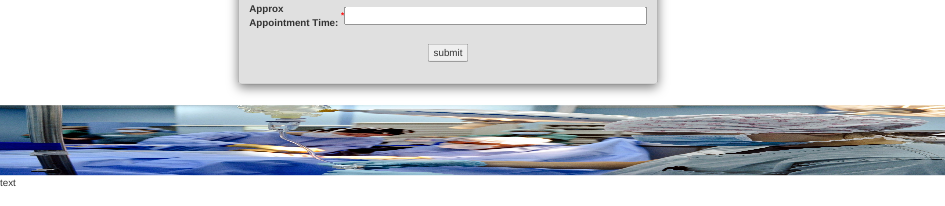
Repository: shiveshk/PullData
Page: http://localhost/Hams/appointment.jsp
An editor plug-in stored every save of this project. The page is shown before and after the next save, followed by the edit.
The browser window is 1280 px wide. The page is 1350 px wide, so the pictures cover 1350 px, including what lies to the right of the window. The pictures show the part of the page from y = 426 to 2266 px (the page is 720 px tall before and 3456 px after), at 70% of full size.
The page is served by Tomcat 9. Nobody is signed in. The application's start-up code is not run.

Above is the page before, as saved 2015-11-06 13:03:39.
Console error (its wording comes from the project's code and is left out).

After the next save:
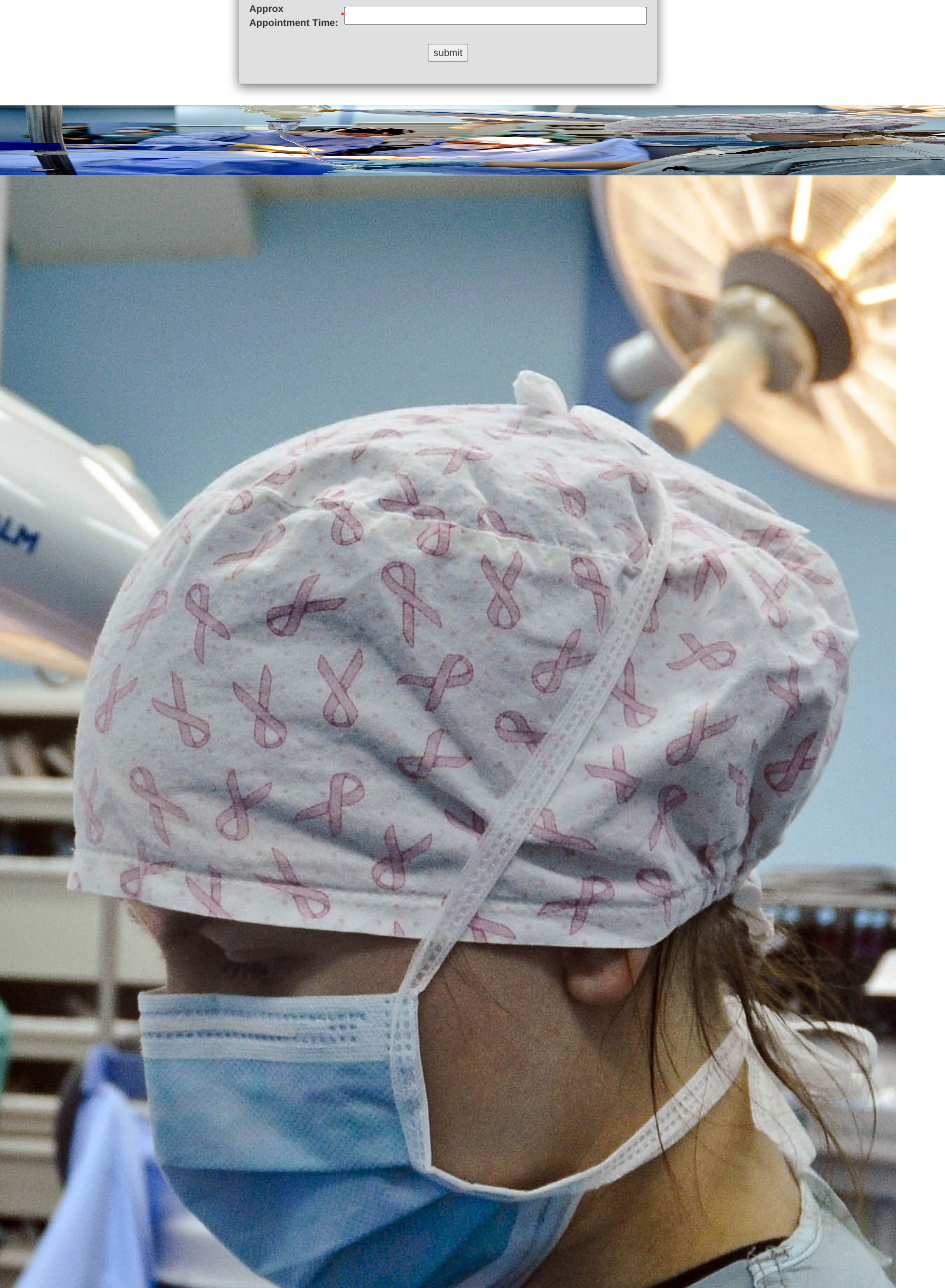
Saved 20 s later.
--- a/Hams/WebContent/appointment.jsp
+++ b/Hams/WebContent/appointment.jsp
@@ -85,7 +85,7 @@
 
 <div>
   <div style="width: 100%">
-    <img style="float:right;">
+    <img src = "images/hams1.jpg" alt="doctor" style="float:right;">
   </div>
   <div>
     text

After the save that followed:
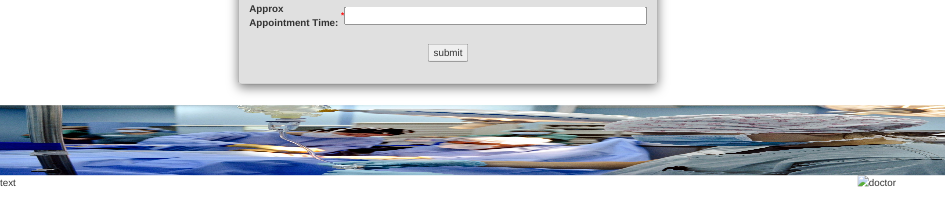
Not found: Hams/Hams/images/hams2.jpg
Saved 8 s later.
--- a/Hams/WebContent/appointment.jsp
+++ b/Hams/WebContent/appointment.jsp
@@ -85,7 +85,7 @@
 
 <div>
   <div style="width: 100%">
-    <img src = "images/hams1.jpg" alt="doctor" style="float:right;">
+    <img src = "images/hams2.jpg" alt="doctor" style="float:right;">
   </div>
   <div>
     text
